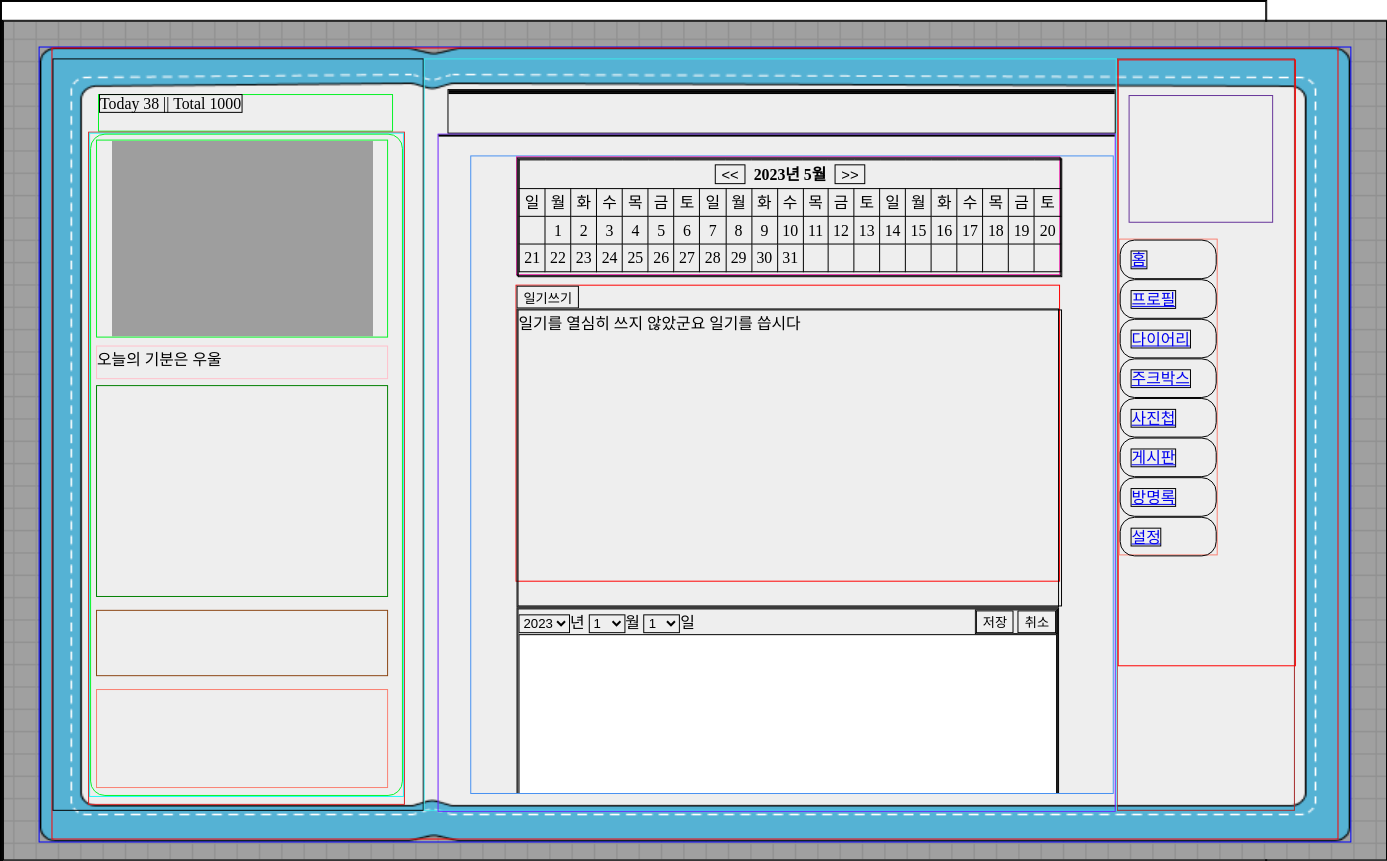
Repository: BBoBBoM/Jsp-workspace
Page: http://localhost/cyworldrenew1/diary.jsp
The author's editor kept a copy of each file at every save. The page is drawn from the files as they stood at one save, then again after the next save.
The browser window is 1280 px wide. The page is 1401 px wide, so the pictures cover 1401 px, including what lies to the right of the window. The pictures show the whole page, at 99% of full size.
Pictures or frames that could not be fetched are drawn as grey boxes. An inner scrolling area shows only its first screen. The page is served by Tomcat 9. Queries for data that is not in the repository find no rows.

Above is the page before, as saved 2023-06-01 05:18:46.

### cyworldrenew1/src/main/webapp/diary.jsp
<%@ page language="java" contentType="text/html; charset=UTF-8"
	pageEncoding="UTF-8"%>

<%@ page import="java.util.*"%>
<%@ taglib prefix="c" uri="http://java.sun.com/jsp/jstl/core"%>
<%@ taglib prefix="sql" uri="http://java.sun.com/jsp/jstl/sql"%>
<%@ include file="dbconn.jsp"%>

<%
request.setCharacterEncoding("UTF-8");
String user_id = (String) session.getAttribute("sessionId");
PreparedStatement pstmt;
List<String> diary_contents = new ArrayList<>();
List<String> diary_date = new ArrayList<>();
try {
	String sql = "select * from diary where user_id=? order by diary_date DESC; ";
	pstmt = conn.prepareStatement(sql);
	pstmt.setString(1, user_id);
	ResultSet rs = pstmt.executeQuery();
	while (rs.next()) {
		String diary_contents1 = rs.getString("diary_content");
		String diary_date1 = rs.getString("diary_date");
		diary_contents.add(diary_contents1);
		diary_date.add(diary_date1);
	}
} catch (SQLException e) {
	e.printStackTrace();
}

String cyworld_url = "";
String user_mini_subject = "";
String user_miniroom_file = "";
try {
	String sql = "select * from user where user_id=?";
	String sql1 = "select * from profile where user_id=?";
	pstmt = conn.prepareStatement(sql);
	pstmt.setString(1, user_id);
	ResultSet rs = pstmt.executeQuery();
	while (rs.next()) {
		cyworld_url = rs.getString("cyworld_url");
	}
	pstmt = conn.prepareStatement(sql1);
	pstmt.setString(1, user_id); // user_id 값을 설정해야 합니다.
	ResultSet rs1 = pstmt.executeQuery();
	while (rs1.next()) {
		user_mini_subject = rs1.getString("user_mini_subject");
		user_miniroom_file = rs1.getString("user_miniroom_file");

	}

} catch (SQLException e) {
	e.printStackTrace();
}

String user_name = "";
String email = "";
String user_profile_photo = "";
String user_hello_word = "";
try {
	String sql = "select * from user where user_id=?";
	String sql1 = "select * from profile where user_id=?";
	pstmt = conn.prepareStatement(sql);
	pstmt.setString(1, user_id);
	ResultSet rs = pstmt.executeQuery();
	while (rs.next()) {
		user_name = rs.getString("user_name");
		email = rs.getString("email");
	}
	pstmt = conn.prepareStatement(sql1);
	pstmt.setString(1, user_id); // user_id 값을 설정해야 합니다.
	ResultSet rs1 = pstmt.executeQuery();
	while (rs1.next()) {
		user_profile_photo = rs1.getString("user_profile_photo");
		user_hello_word = rs1.getString("user_hello_word");
	}
} catch (SQLException e) {
	e.printStackTrace();
}

try {

	String sql1 = "select * from profile where user_id=?";

	pstmt = conn.prepareStatement(sql1);
	pstmt.setString(1, user_id); // user_id 값을 설정해야 합니다.
	ResultSet rs1 = pstmt.executeQuery();
	while (rs1.next()) {
		user_miniroom_file = rs1.getString("user_miniroom_file");

	}

} catch (SQLException e) {
	e.printStackTrace();
}
%>
<!DOCTYPE html>
<html>
<head>
<meta charset="EUC-KR">
<title>Insert title here</title>
<style>
* {
	margin: 0 auto;
	box-sizing: border-box;
	list-style: none;
	border: 1px solid black;
}

#mini_container {
	width: 1400px;
	height: 850px;
	border: 1px solid;
	position: relative;
}

#mini_background1 {
	width: 100%;
	height: 100%;
	background: url(background/background.png) no-repeat center;
	background-size: cover;
	position: absolute;
}

#mini_background2 {
	width: 95%;
	height: 95%;
	margin-top: 25px;
	border: 1px solid blue;
	background: url(background/outer.png) no-repeat center;
	background-size: cover;
	background-size: 100% 100%;
}

#all_contentsdiv {
	width: 1300px;
	height: 800px;
	border: 1px solid red;
}

#left_contentsborderdiv {
	float: left;
	margin-top: 10px;
	width: 375px;
	border: 1px solid;
	height: 760px;
}

#center_contentsdiv {
	box-sizing: border-box;
	margin-right: 0px;
	width: 700px;
	float: left;
	height: 760px;
	margin-top: 10px;
	border: 1px solid rgb(63, 231, 236);
}

#center_subject {
	margin-left: 23px;
	height: 6%;
	border: 1px solid;
	margin-top: 30px;
}

#left_contents_visitrate {
	margin-left: 45px;
	margin-top: 35px;
	margin-bottom: 0px;
	width: 80%;
	height: 5%;
	border: 1px solid rgb(6, 243, 38);
}

#right_contentsdiv_border {
	width: 180px;
	height: 760px;
	float: left;
	margin: 10px 0px;
	padding: 0px;
	position: relative;
	border: 1px solid brown;
}

#right_contentsdiv {
	width: 180px;
	height: 613px;
	float: left;
	border: 1px solid red;
}

#right_menu {
	width: 100px;
	height: 320px;
	border: 1px solid salmon;
	margin-top: 180px;
	float: left;
}

#right_menu>div {
	padding: 5px;
	height: 40px;
	border-radius: 15px;
}

#right_menu>div>a {
	margin-left: 5px;
	line-height: 30px;
}

#right_music {
	position: absolute;
	margin-left: 10px;
	top: 36px;
	width: 82%;
	height: 17%;
	border: 1px solid rebeccapurple;
}

#left_contentsdiv {
	margin-right: 0px;
	padding: 0px;
	width: 320px;
	margin-left: 35px;
	float: left;
	height: 680px;
	border: 1px solid rgb(219, 34, 34);
}

#left_contentsdiv1 {
	width: 100%;
	height: 99%;
	border: 1px solid rgb(31, 250, 250);
}

#left_contents_userinfo {
	height: 100%;
	border-radius: 15px;
	padding: 5px;
	position: relative;
	border: 1px solid rgb(6, 243, 38);
}

#left_contents_userinfo>div {
	position: absolute;
	width: 94%;
}

#user_profileimg {
	width: 100%;
	height: 30%;
	border: 1px solid rgb(6, 243, 38);
}

#today_feeling {
	height: 5%;
	top: 32%;
	border: 1px solid pink;
}

#myself_introduce {
	height: 32%;
	border: 1px solid green;
	top: 38%;
}

#user_name_email {
	height: 10%;
	top: 72%;
	border: 1px solid saddlebrown;
}

#cousin_select {
	height: 15%;
	top: 84%;
	border: 1px solid salmon;
}

#center_diarycontentsdiv1 {
	box-sizing: border-box;
	width: 650px;
	float: right;
	height: 645px;
	border: 1px solid rgb(70, 144, 241);
	margin-left: 13px;
	margin-top: 20px;
	word-wrap: break-word;
	overflow-y: scroll;
}

#center_diary_contents {
	width: 550px;
	height: 300px;
	border: 1px solid red;
	margin-left: 45px;
	margin-top: 130px;
}

#center_diary_calendar {
	width: 550px;
	height: 120px;
	border: 1px solid rgb(233, 19, 161);
	margin-left: 45px;
	position: fixed;
}

table {
	border-collapse: collapse;
}

td {
	border: 1px solid black;
	line-height: 25px;
	text-align: center;
}

#calendar {
	width: 550px;
	height: 120px;
	border: 1px solid;
}

input {
	height: 20px;
	font-size: 15px;
	margin-bottom: 3px;
}

#wrap {
	width: 550px;
	height: 120px;
}

.center_diary_box {
	width: 550px;
	height: 300px;
}

#center_contentsdiv1 {
	width: 685px;
	float: left;
	height: 685px;
	border: 1px solid rgb(109, 30, 255);
	margin-left: 13px;
}
</style>
</head>
<body>
	<div id="mini_container">
		<div id="mini_background1">
			<div id="mini_background2">
				<div id="all_contentsdiv">
					<div id="left_contentsborderdiv">
						<div id="left_contents_visitrate">
							<label>Today 38 || Total 1000</label>
						</div>

						<div id="left_contentsdiv">
							<div id="left_contentsdiv1">

								<div id="left_contents_userinfo">
									<div id="user_profileimg"
										style="background:url(userprofileimg/<%=user_profile_photo%>) no-repeat center;background-size: contain;">

									</div>
									<div id="today_feeling">오늘의 기분은 우울</div>
									<div id="myself_introduce"><%=user_hello_word%></div>
									<div id="user_name_email">
										<%=user_name%>
										<br><%=email%></div>
									<div id="cousin_select"></div>

								</div>
							</div>


						</div>

					</div>

					<div id="center_contentsdiv">
						<div id="center_subject">
							<p><%=user_mini_subject%></p>
							<p><%=cyworld_url%></p>
						</div>

						<div id="center_contentsdiv1">

							<div id="center_contents">

								<div id="center_diarycontentsdiv1">
									<div id="center_diary_calendar">
										<div id="calendar">
											<div id="wrap">


												<script>
													let date = new Date();
													let currentMonth = date
															.getMonth();

													function prev() {
														date
																.setMonth(date
																		.getMonth() - 1);
														cal();
													}

													function next() {
														date
																.setMonth(date
																		.getMonth() + 1);
														cal();
													}
													function cal() {
														let month = date
																.getMonth();
														let year = date
																.getFullYear();

														let str = "";

														str += "<table>";

														str += "<tr >";
														str += "<th colspan='21' style='width:550px;'>"
																+ "<input type='button' value='<<' onclick='prev()'>"
																+ "&nbsp;"
																+ "&nbsp;"
																+ year
																+ "년 "
																+ (month + 1)
																+ "월"
																+ "&nbsp;"
																+ "&nbsp;"
																+ "<input type='button' value='>>' onclick='next()'>"
																+ "</th>";
														str += "</tr>";

														str += "<tr>";
														str += "<td>일</td>";
														str += "<td>월</td>";
														str += "<td>화</td>";
														str += "<td>수</td>";
														str += "<td>목</td>";
														str += "<td>금</td>";
														str += "<td>토</td>";
														str += "<td>일</td>";
														str += "<td>월</td>";
														str += "<td>화</td>";
														str += "<td>수</td>";
														str += "<td>목</td>";
														str += "<td>금</td>";
														str += "<td>토</td>";
														str += "<td>일</td>";
														str += "<td>월</td>";
														str += "<td>화</td>";
														str += "<td>수</td>";
														str += "<td>목</td>";
														str += "<td>금</td>";
														str += "<td>토</td>";
														str += "</tr>";

														// 이전 달의 마지막 날짜
														let prevMonthLastDate = new Date(
																year, month, 0)
																.getDate();

														// 현재 달의 첫 번째 요일
														let firstDay = new Date(
																year, month, 1)
																.getDay();

														// 현재 달의 마지막 날짜
														let lastDate = new Date(
																year,
																month + 1, 0)
																.getDate();

														let cnt = 1;

														for (let i = 0; i < 2; i++) {
															str += "<tr >";

															for (let j = 0; j < 21; j++) {
																if (i === 0
																		&& j < firstDay) {
																	let prevDate = prevMonthLastDate
																			- firstDay
																			+ j
																			+ 1;
																	str += "<td >"
																			+ " "
																			+ "</td>";
																} else if (cnt <= lastDate) {
																	str += "<td >"
																			+ cnt
																			+ "</td>";
																	cnt++;
																} else {
																	str += "<td >&nbsp;</td>";
																}
															}

															str += "</tr>";
														}

														str += "</table>";

														document
																.getElementById("wrap").innerHTML = str;
													}
													cal();
												</script>
											</div>
										</div>
									</div>
									<div id="center_diary_contents">
										<button onclick="showTextField()">일기쓰기</button>
										<div id="center_diary_contents1">
											<%
											if (!diary_contents.isEmpty()) {
												for (int i = 0; i < diary_contents.size(); i++) {
											%>
											<div class="center_diary_box">
												<%=diary_date.get(i)%>
												<%=diary_contents.get(i)%>
											</div>
											<br> <br>
											<%
											}
											} else {
											%>
											<div class="center_diary_box">일기를 열심히 쓰지 않았군요 일기를 씁시다</div>
											<%
											}
											%>
										</div>
										<div id="center_diary_contents2">
											<form action="add_diary.jsp" method="post">
												<select>
													<option value="2023">2023</option>
													<option value="2022">2022</option>
													<option value="2021">2021</option>
													<option value="2020">2020</option>
													<option value="2019">2019</option>

												</select>년 <select>
													<%
													for (int i = 1; i < 13; i++) {
													%>
													<option value="<%=i%>"><%=i%></option>
													<%
													}
													%>
												</select>월 <select>
													<%
													for (int i = 1; i < 32; i++) {
													%>
													<option value="<%=i%>"><%=i%></option>
													<%
													}
													%>

												</select>일
												<div id="button_div" style="float:right ">
<button type="submit">저장</button>
<button>취소</button></div>

												<textarea style="width: 100%; height: 90%;" id="add_diary"
													name="add_diary">

								</textarea>



											</form>
										</div>
									</div>




								</div>



							</div>
						</div>
					</div>
					<div id="right_contentsdiv_border">
						<div id="right_contentsdiv">
							<div id="right_music"></div>
							<div id="right_menu">
								<div>
									<input type="radio" id="home" class="radioG" name="radio1"
										style="display: none;"> <a href="index.jsp"
										target="_parent">홈</a>
								</div>
								<div>
									<input type="radio" id="profile" class="radioG" name="radio1"
										style="display: none;"> <a href="profile.jsp"
										target="_parent">프로필</a>
								</div>
								<div>
									<input type="radio" id="diary" class="radioG" name="radio1"
										style="display: none;"> <a href="diary.jsp"
										target="_parent">다이어리</a>
								</div>
								<div>
									<input type="radio" id="musicbox" class="radioG" name="radio1"
										style="display: none;"> <a href="index.html"
										target="_parent">주크박스</a>
								</div>
								<div>
									<input type="radio" id="photo" class="radioG" name="radio1"
										style="display: none;"> <a target="_parent"
										href="photo.jsp">사진첩</a>
								</div>
								<div>
									<input type="radio" id="board" class="radioG" name="radio1"
										style="display: none;"> <a target="_parent"
										href="index.html">게시판</a>
								</div>
								<div>
									<input type="radio" id="visitboard" class="radioG"
										name="radio1" style="display: none;"> <a
										target="_parent" href="visit_board.jsp">방명록</a>
								</div>
								<div>
									<input type="radio" id="settion" class="radioG" name="radio1"
										style="display: none;"> <a target="_parent"
										href="index.html">설정</a>
								</div>
							</div>
						</div>
					</div>


				</div>
			</div>
		</div>

	</div>
</body>
</html>

### cyworldrenew1/src/main/webapp/dbconn.jsp
<%@ page language="java" contentType="text/html; charset=UTF-8"
	pageEncoding="UTF-8"%>
<%@ page import="java.sql.*"%>
<%
	Connection conn = null;

	try {
		String url = "jdbc:mysql://localhost:3306/cyworld";
		String user = "root";
		String password = "1111";

		Class.forName("com.mysql.jdbc.Driver");
		conn = DriverManager.getConnection(url, user, password);

	} catch (SQLException ex) {
		out.println("데이터베이스 연결이 실패되었습니다.<br>");
		out.println("SQLException: " + ex.getMessage());
	}

%>

After the next save:
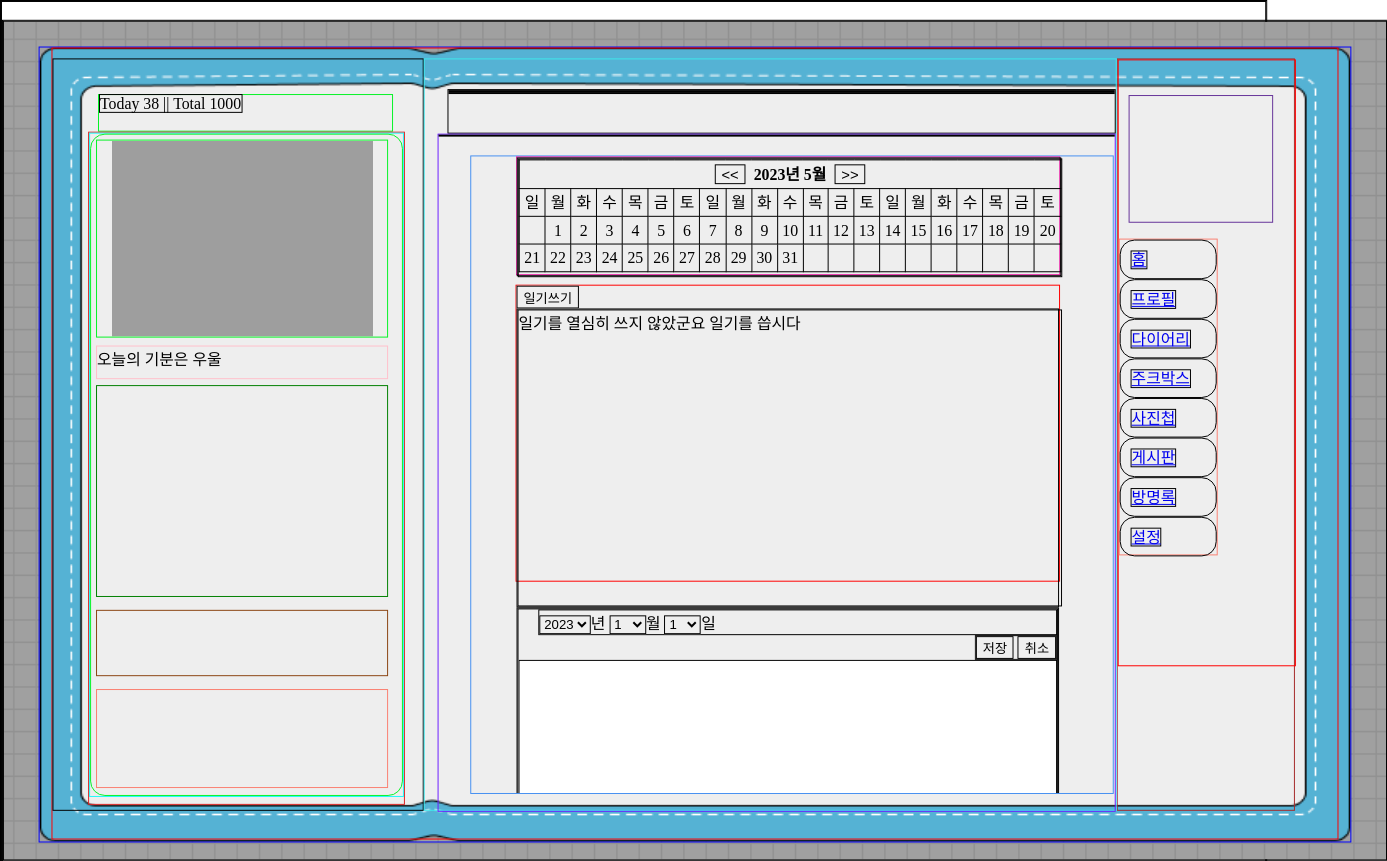
Saved 59 s later.
--- a/cyworldrenew1/src/main/webapp/diary.jsp
+++ b/cyworldrenew1/src/main/webapp/diary.jsp
@@ -537,6 +537,7 @@ input {
 										</div>
 										<div id="center_diary_contents2">
 											<form action="add_diary.jsp" method="post">
+											<div id="date_select" style="margin-left:20px">
 												<select>
 													<option value="2023">2023</option>
 													<option value="2022">2022</option>
@@ -561,7 +562,7 @@ input {
 													}
 													%>
 
-												</select>일
+												</select>일</div>
 												<div id="button_div" style="float:right ">
 <button type="submit">저장</button>
 <button>취소</button></div>
